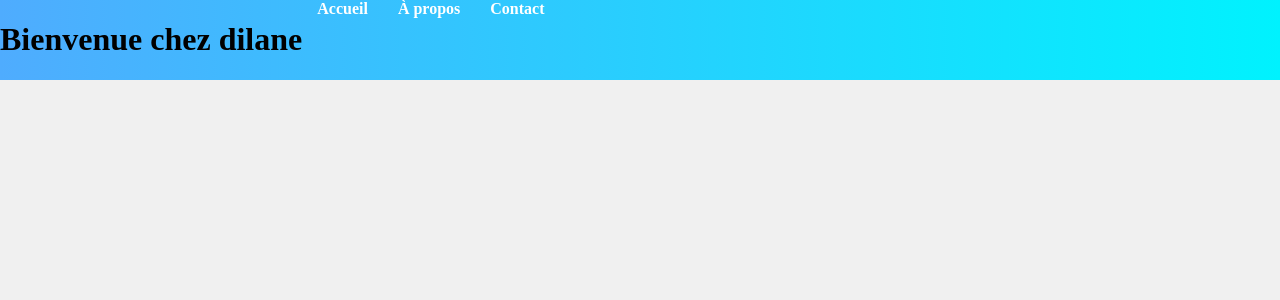
Repository: prestige225/prestige_services_et_finances
Page: app.html
These files come from the project's save history. The page is drawn as it stood at one moment and after the next save; the edit follows.
The browser window is 1280 px wide. The pictures show the whole page.

Above is the page before, as saved 2025-06-01 17:14:55.

After the next save:
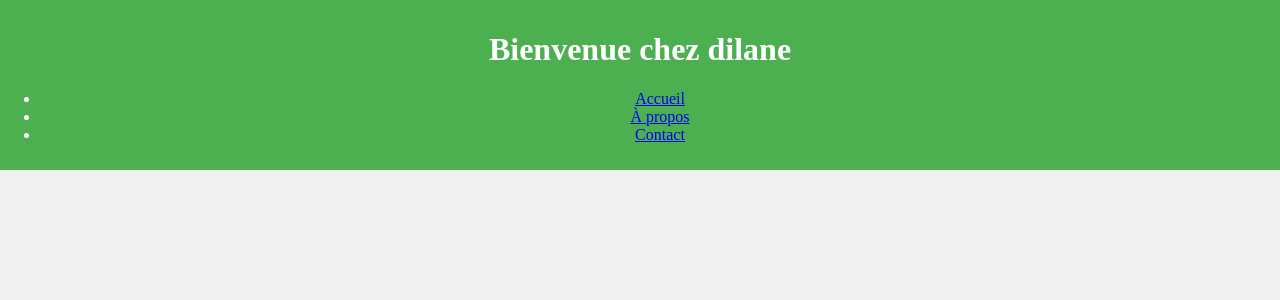
Saved 6 min 6 s later.
--- a/app.html
+++ b/app.html
@@ -10,28 +10,11 @@
         margin: 0px;
         padding: 0px;
        }
-       header{
-        background-color: blue;
-        text-align: center;
-        background: linear-gradient(to right, #4facfe, #00f2fe);
-        display: flex;
-        text-align: center;
-       }
-       header nav ul{
-        list-style: none;
-        padding: 0;
-        margin: 0;
-        display: flex;
-       }
-       header nav ul li{
-        margin: 0 15px;
-        text-align: center;
-       }
-         header nav ul li a{
+         header {
+          background-color: #4CAF50;
           color: white;
-          text-decoration: none;
-          font-weight: bold;
-          display: flex;
+          padding: 10px 0;
+          text-align: center;
          }
     </style>
     <title>APPPP</title>
